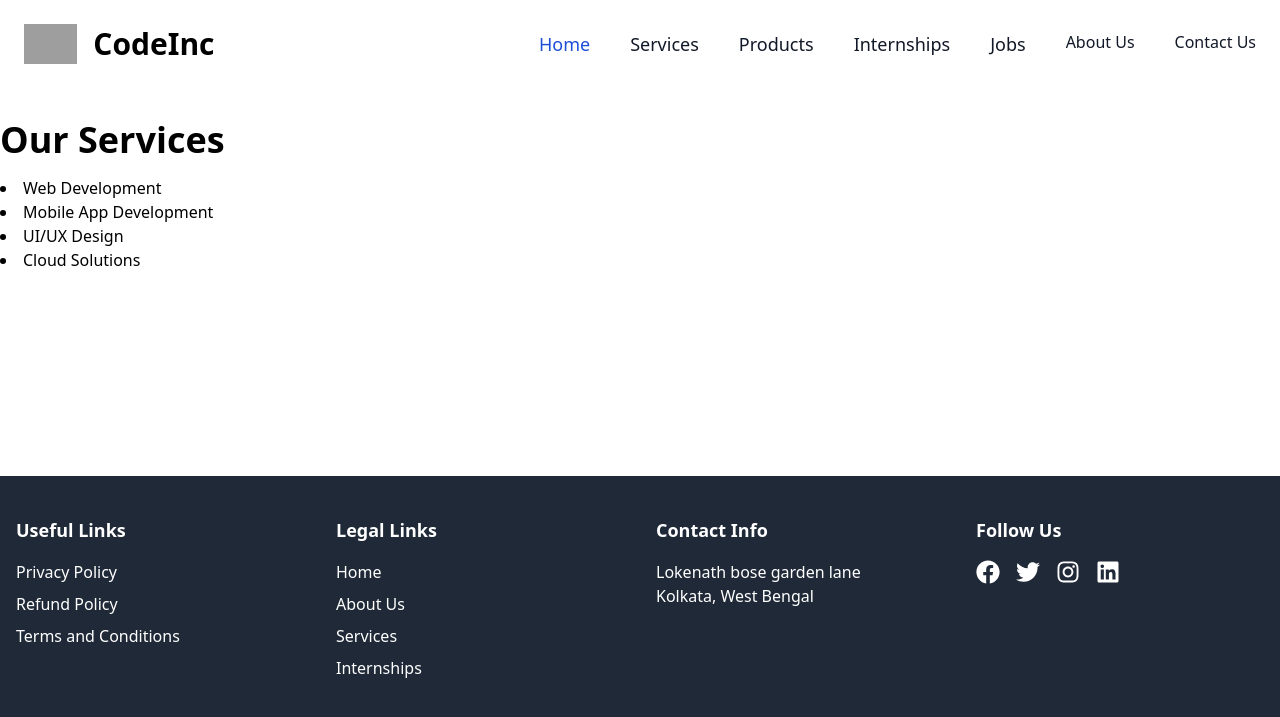
Repository: Charith117/CodeInc-Project
Page: /services (app in frontend/)
These files come from the project's save history. The page is drawn as it stood at one moment and after the next save; the edit follows.
The browser window is 1280 px wide. The pictures show the whole page.
Pictures or frames that could not be fetched are drawn as grey boxes. The project was rebuilt for these pictures with package versions that can differ from the ones it lists, and the page was loaded fresh each time. Some packages were replaced by stand-ins written for this rebuild. Also part of the build but not shown: frontend/vite.config.js, frontend/src/services/api.js, frontend/src/pages/Home.jsx, frontend/src/pages/Products.jsx, frontend/src/components/InternShipFieldCard.jsx, frontend/src/pages/Internships.jsx, frontend/src/pages/Jobs.jsx, frontend/src/pages/Verification.jsx and 2 more.

Above is the page before, as saved 2024-09-15 17:02:17.

### frontend/src/App.jsx
import { BrowserRouter as Router, Route, Routes } from 'react-router-dom';
import Header from './components/Header';
import Footer from './components/Footer';
import Home from './pages/Home';
import Services from './pages/Services';
import Products from './pages/Products';
import Internships from './pages/Internships';
import Jobs from './pages/Jobs';
import Verification from './pages/Verification';
import AboutUs from './pages/AboutUs';
import ContactUs from './pages/ContactUs';

function App() {
  return (
    <Router>
      <div className="flex flex-col min-h-screen">
        <Header />
        <main className="flex-grow">
          <Routes>
            <Route path="/" element={<Home />} />
            <Route path="/services" element={<Services />} />
            <Route path="/products" element={<Products />} />
            <Route path="/internships" element={<Internships />} />
            <Route path="/jobs" element={<Jobs />} />
            <Route path="/verification" element={<Verification />} />
            <Route path="/about-us" element={<AboutUs />} />
            <Route path="/contact-us" element={<ContactUs />} />
          </Routes>
        </main>
        <Footer />
      </div>
    </Router>
  );
}

export default App;

### frontend/src/components/Header.jsx
import Navigation from './Navigation';

function Header() {
  return (
    <header>
      <Navigation />
    </header>
  );
}

export default Header;

### frontend/src/components/Footer.jsx
import { FaFacebook, FaTwitter, FaInstagram, FaLinkedin } from 'react-icons/fa';


function Footer() {
    return (
      <footer className="py-10 text-white bg-gray-800">
        <div className="container px-4 mx-auto">
          <div className="grid grid-cols-1 gap-8 md:grid-cols-4">
            <div>
              <h3 className="mb-4 text-lg font-semibold">Useful Links</h3>
              <ul className="space-y-2">
                <li><a href="#" className="hover:text-blue-300">Privacy Policy</a></li>
                <li><a href="#" className="hover:text-blue-300">Refund Policy</a></li>
                <li><a href="#" className="hover:text-blue-300">Terms and Conditions</a></li>
              </ul>
            </div>
            <div>
              <h3 className="mb-4 text-lg font-semibold">Legal Links</h3>
              <ul className="space-y-2">
                <li><a href="#" className="hover:text-blue-300">Home</a></li>
                <li><a href="#" className="hover:text-blue-300">About Us</a></li>
                <li><a href="#" className="hover:text-blue-300">Services</a></li>
                <li><a href="#" className="hover:text-blue-300">Internships</a></li>
              </ul>
            </div>
            <div>
              <h3 className="mb-4 text-lg font-semibold">Contact Info</h3>
              <p>Lokenath bose garden lane</p>
              <p>Kolkata, West Bengal</p>
            </div>
            <div>
              <h3 className="mb-4 text-lg font-semibold">Follow Us</h3>
              <div className="flex space-x-4">
                <a href="#" className="text-2xl hover:text-blue-300"><FaFacebook /></a>
                <a href="#" className="text-2xl hover:text-blue-300"><FaTwitter /></a>
                <a href="#" className="text-2xl hover:text-blue-300"><FaInstagram /></a>
                <a href="#" className="text-2xl hover:text-blue-300"><FaLinkedin /></a>
              </div>
            </div>
          </div>
        </div>
      </footer>
    );
  }

  export default Footer;

### frontend/src/pages/Services.jsx
function Services() {
    return (
      <div className="container mx-auto mt-8">
        <h1 className="text-4xl font-bold mb-4">Our Services</h1>
        <ul className="list-disc list-inside">
          <li>Web Development</li>
          <li>Mobile App Development</li>
          <li>UI/UX Design</li>
          <li>Cloud Solutions</li>
        </ul>
      </div>
    );
  }

  export default Services;

### frontend/src/components/Navigation.jsx
import { Link } from 'react-router-dom';

function Navigation() {
  return (
    <nav className="bg-white border-gray-200 dark:bg-gray-900">
      <div className="flex flex-wrap items-center justify-between max-w-screen-xl p-6 mx-auto">
        <Link to="/" className="flex items-center">
          <img src="https://flowbite.com/docs/images/logo.svg" className="h-10 mr-4" alt="CodeInc Logo" />
          <span className="self-center text-3xl font-semibold whitespace-nowrap dark:text-white">CodeInc</span>
        </Link>
        <button data-collapse-toggle="navbar-default" type="button" className="inline-flex items-center p-3 ml-3 text-sm text-gray-500 rounded-lg md:hidden hover:bg-gray-100 focus:outline-none focus:ring-2 focus:ring-gray-200 dark:text-gray-400 dark:hover:bg-gray-700 dark:focus:ring-gray-600" aria-controls="navbar-default" aria-expanded="false">
          <span className="sr-only">Open main menu</span>
          <svg className="w-7 h-7" aria-hidden="true" fill="currentColor" viewBox="0 0 20 20" xmlns="http://www.w3.org/2000/svg"><path fillRule="evenodd" d="M3 5a1 1 0 011-1h12a1 1 0 110 2H4a1 1 0 01-1-1zM3 10a1 1 0 011-1h12a1 1 0 110 2H4a1 1 0 01-1-1zM3 15a1 1 0 011-1h12a1 1 0 110 2H4a1 1 0 01-1-1z" clipRule="evenodd"></path></svg>
        </button>
        <div className="hidden w-full md:block md:w-auto" id="navbar-default">
          <ul className="flex flex-col p-5 mt-4 font-medium border border-gray-100 rounded-lg md:p-0 bg-gray-50 md:flex-row md:space-x-10 md:mt-0 md:border-0 md:bg-white dark:bg-gray-800 md:dark:bg-gray-900 dark:border-gray-700">
            <li>
              <Link to="/" className="block py-3 pl-4 pr-5 text-lg text-white bg-blue-700 rounded md:bg-transparent md:text-blue-700 md:p-0 dark:text-white md:dark:text-blue-500" aria-current="page">Home</Link>
            </li>
            <li>
              <Link to="/services" className="block py-3 pl-4 pr-5 text-lg text-gray-900 rounded hover:bg-gray-100 md:hover:bg-transparent md:border-0 md:hover:text-blue-700 md:p-0 dark:text-white md:dark:hover:text-blue-500 dark:hover:bg-gray-700 dark:hover:text-white md:dark:hover:bg-transparent">Services</Link>
            </li>
            <li>
              <Link to="/products" className="block py-3 pl-4 pr-5 text-lg text-gray-900 rounded hover:bg-gray-100 md:hover:bg-transparent md:border-0 md:hover:text-blue-700 md:p-0 dark:text-white md:dark:hover:text-blue-500 dark:hover:bg-gray-700 dark:hover:text-white md:dark:hover:bg-transparent">Products</Link>
            </li>
            <li>
              <Link to="/internships" className="block py-3 pl-4 pr-5 text-lg text-gray-900 rounded hover:bg-gray-100 md:hover:bg-transparent md:border-0 md:hover:text-blue-700 md:p-0 dark:text-white md:dark:hover:text-blue-500 dark:hover:bg-gray-700 dark:hover:text-white md:dark:hover:bg-transparent">Internships</Link>
            </li>
            <li>
              <Link to="/jobs" className="block py-3 pl-4 pr-5 text-lg text-gray-900 rounded hover:bg-gray-100 md:hover:bg-transparent md:border-0 md:hover:text-blue-700 md:p-0 dark:text-white md:dark:hover:text-blue-500 dark:hover:bg-gray-700 dark:hover:text-white md:dark:hover:bg-transparent">Jobs</Link>
            </li>
            <li>
              <Link to="/about-us" className="block py-2 pl-3 pr-4 text-gray-900 rounded hover:bg-gray-100 md:hover:bg-transparent md:border-0 md:hover:text-blue-700 md:p-0 dark:text-white md:dark:hover:text-blue-500 dark:hover:bg-gray-700 dark:hover:text-white md:dark:hover:bg-transparent">About Us</Link>
            </li>
            <li>
              <Link to="/contact-us" className="block py-2 pl-3 pr-4 text-gray-900 rounded hover:bg-gray-100 md:hover:bg-transparent md:border-0 md:hover:text-blue-700 md:p-0 dark:text-white md:dark:hover:text-blue-500 dark:hover:bg-gray-700 dark:hover:text-white md:dark:hover:bg-transparent">Contact Us</Link>
            </li>
          </ul>
        </div>
      </div>
    </nav>
  );
}

export default Navigation;

### frontend/tailwind.config.js
   /** @type {import('tailwindcss').Config} */
   export default {
    content: [
      "./index.html",
      "./src/**/*.{js,ts,jsx,tsx}",
    ],
    theme: {
      extend: {},
    },
    plugins: [],
  }

Loaded but not shown: frontend/index.html (common file); frontend/src/main.jsx (common file); frontend/src/index.css (common file)

After the next save:
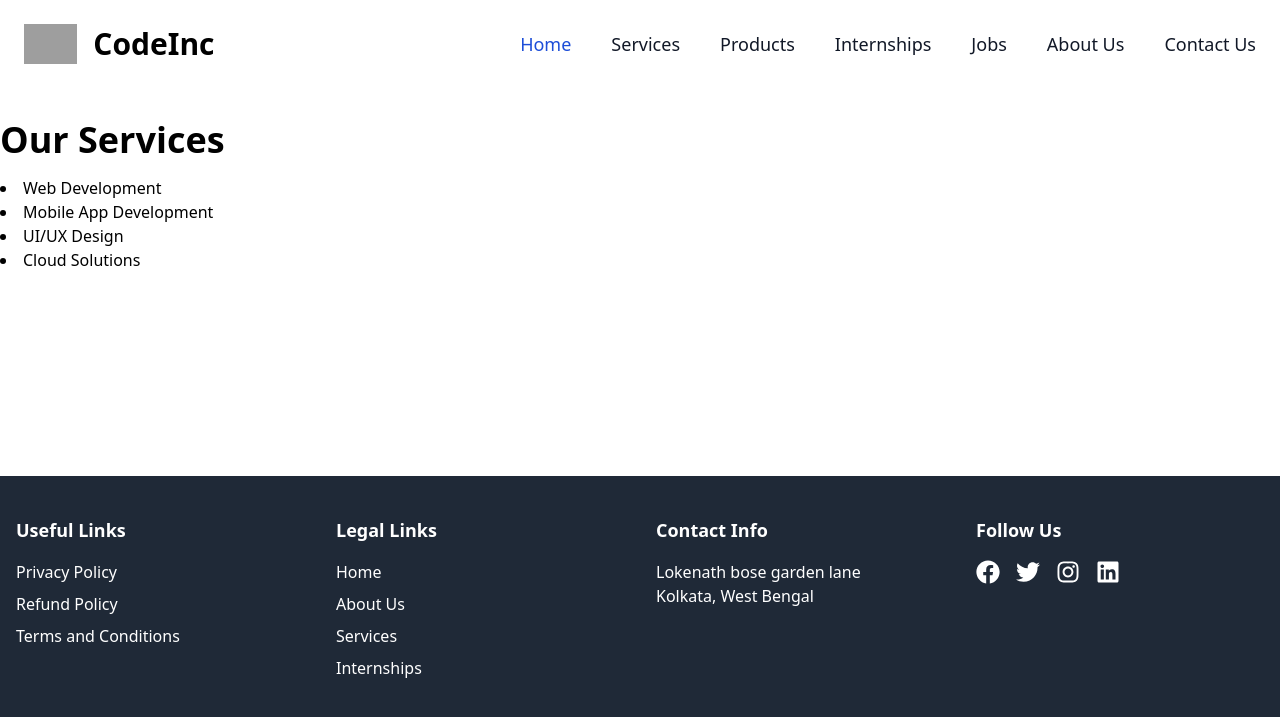
Saved 1 s later.
--- a/frontend/src/components/Navigation.jsx
+++ b/frontend/src/components/Navigation.jsx
@@ -30,10 +30,10 @@ function Navigation() {
               <Link to="/jobs" className="block py-3 pl-4 pr-5 text-lg text-gray-900 rounded hover:bg-gray-100 md:hover:bg-transparent md:border-0 md:hover:text-blue-700 md:p-0 dark:text-white md:dark:hover:text-blue-500 dark:hover:bg-gray-700 dark:hover:text-white md:dark:hover:bg-transparent">Jobs</Link>
             </li>
             <li>
-              <Link to="/about-us" className="block py-2 pl-3 pr-4 text-gray-900 rounded hover:bg-gray-100 md:hover:bg-transparent md:border-0 md:hover:text-blue-700 md:p-0 dark:text-white md:dark:hover:text-blue-500 dark:hover:bg-gray-700 dark:hover:text-white md:dark:hover:bg-transparent">About Us</Link>
+              <Link to="/about-us" className="block py-3 pl-4 pr-5 text-lg text-gray-900 rounded hover:bg-gray-100 md:hover:bg-transparent md:border-0 md:hover:text-blue-700 md:p-0 dark:text-white md:dark:hover:text-blue-500 dark:hover:bg-gray-700 dark:hover:text-white md:dark:hover:bg-transparent">About Us</Link>
             </li>
             <li>
-              <Link to="/contact-us" className="block py-2 pl-3 pr-4 text-gray-900 rounded hover:bg-gray-100 md:hover:bg-transparent md:border-0 md:hover:text-blue-700 md:p-0 dark:text-white md:dark:hover:text-blue-500 dark:hover:bg-gray-700 dark:hover:text-white md:dark:hover:bg-transparent">Contact Us</Link>
+              <Link to="/contact-us" className="block py-3 pl-4 pr-5 text-lg text-gray-900 rounded hover:bg-gray-100 md:hover:bg-transparent md:border-0 md:hover:text-blue-700 md:p-0 dark:text-white md:dark:hover:text-blue-500 dark:hover:bg-gray-700 dark:hover:text-white md:dark:hover:bg-transparent">Contact Us</Link>
             </li>
           </ul>
         </div>
